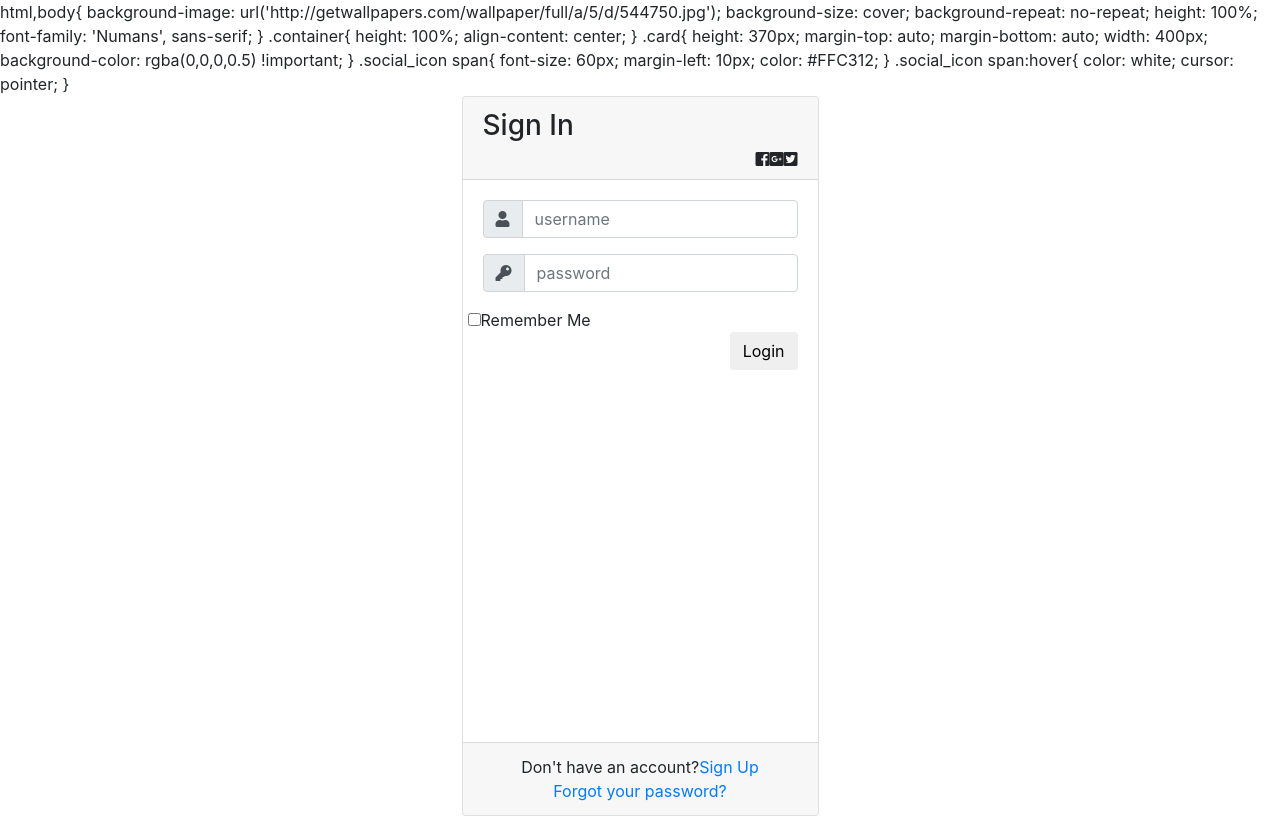
Repository: RamitKundu/1_Project
Page: Quotes/src/main/webapp/WEB-INF/pages/index.html
These files come from the project's save history. The page is drawn as it stood at one moment and after the next save; the edit follows.
The browser window is 1280 px wide. The pictures show the whole page.
Some web libraries are served in a nearby version.

Above is the page before, as saved 2020-08-08 17:54:08.
Console error: TypeError: Cannot read properties of undefined (reading 'fn')
Not found: Quotes/src/main/webapp/WEB-INF/pages/styles.css

### Quotes/src/main/webapp/WEB-INF/pages/index.html
<link href="//maxcdn.bootstrapcdn.com/bootstrap/4.1.1/css/bootstrap.min.css" rel="stylesheet" id="bootstrap-css">
<script src="//maxcdn.bootstrapcdn.com/bootstrap/4.1.1/js/bootstrap.min.js"></script>
<script src="//cdnjs.cloudflare.com/ajax/libs/jquery/3.2.1/jquery.min.js"></script>
<!------ Include the above in your HEAD tag ---------->

<!DOCTYPE html>
<html>
<head>
	<title>Login Page</title>
   <!--Made with love by Mutiullah Samim -->

	<!--Bootsrap 4 CDN-->
	<link rel="stylesheet" href="https://stackpath.bootstrapcdn.com/bootstrap/4.1.3/css/bootstrap.min.css" integrity="sha384-MCw98/SFnGE8fJT3GXwEOngsV7Zt27NXFoaoApmYm81iuXoPkFOJwJ8ERdknLPMO" crossorigin="anonymous">

    <!--Fontawesome CDN-->
	<link rel="stylesheet" href="https://use.fontawesome.com/releases/v5.3.1/css/all.css" integrity="sha384-mzrmE5qonljUremFsqc01SB46JvROS7bZs3IO2EmfFsd15uHvIt+Y8vEf7N7fWAU" crossorigin="anonymous">

	<!--Custom styles-->
	<link rel="stylesheet" type="text/css" href="styles.css">
	html,body{
background-image: url('http://getwallpapers.com/wallpaper/full/a/5/d/544750.jpg');
background-size: cover;
background-repeat: no-repeat;
height: 100%;
font-family: 'Numans', sans-serif;
}

.container{
height: 100%;
align-content: center;
}

.card{
height: 370px;
margin-top: auto;
margin-bottom: auto;
width: 400px;
background-color: rgba(0,0,0,0.5) !important;
}

.social_icon span{
font-size: 60px;
margin-left: 10px;
color: #FFC312;
}

.social_icon span:hover{
color: white;
cursor: pointer;
}

</head>
<body>
<div class="container">
	<div class="d-flex justify-content-center h-100">
		<div class="card">
			<div class="card-header">
				<h3>Sign In</h3>
				<div class="d-flex justify-content-end social_icon">
					<span><i class="fab fa-facebook-square"></i></span>
					<span><i class="fab fa-google-plus-square"></i></span>
					<span><i class="fab fa-twitter-square"></i></span>
				</div>
			</div>
			<div class="card-body">
				<form>
					<div class="input-group form-group">
						<div class="input-group-prepend">
							<span class="input-group-text"><i class="fas fa-user"></i></span>
						</div>
						<input type="text" class="form-control" placeholder="username">

					</div>
					<div class="input-group form-group">
						<div class="input-group-prepend">
							<span class="input-group-text"><i class="fas fa-key"></i></span>
						</div>
						<input type="password" class="form-control" placeholder="password">
					</div>
					<div class="row align-items-center remember">
						<input type="checkbox">Remember Me
					</div>
					<div class="form-group">
						<input type="submit" value="Login" class="btn float-right login_btn">
					</div>
				</form>
			</div>
			<div class="card-footer">
				<div class="d-flex justify-content-center links">
					Don't have an account?<a href="#">Sign Up</a>
				</div>
				<div class="d-flex justify-content-center">
					<a href="#">Forgot your password?</a>
				</div>
			</div>
		</div>
	</div>
</div>
</body>
</html>

After the next save:
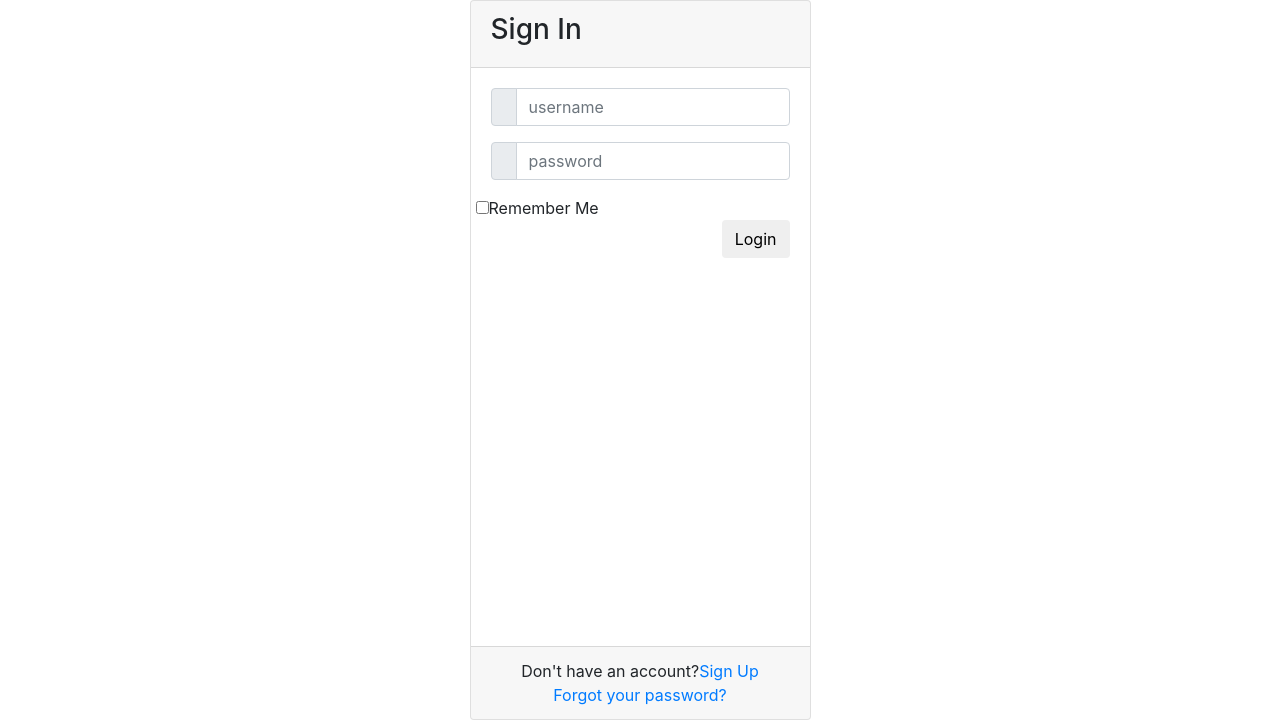
Saved 42 s later.
--- a/Quotes/src/main/webapp/WEB-INF/pages/index.html
+++ b/Quotes/src/main/webapp/WEB-INF/pages/index.html
@@ -6,6 +6,7 @@
 <!DOCTYPE html>
 <html>
 <head>
+<style>
 	<title>Login Page</title>
    <!--Made with love by Mutiullah Samim -->
 
@@ -17,38 +18,7 @@
 
 	<!--Custom styles-->
 	<link rel="stylesheet" type="text/css" href="styles.css">
-	html,body{
-background-image: url('http://getwallpapers.com/wallpaper/full/a/5/d/544750.jpg');
-background-size: cover;
-background-repeat: no-repeat;
-height: 100%;
-font-family: 'Numans', sans-serif;
-}
-
-.container{
-height: 100%;
-align-content: center;
-}
-
-.card{
-height: 370px;
-margin-top: auto;
-margin-bottom: auto;
-width: 400px;
-background-color: rgba(0,0,0,0.5) !important;
-}
-
-.social_icon span{
-font-size: 60px;
-margin-left: 10px;
-color: #FFC312;
-}
-
-.social_icon span:hover{
-color: white;
-cursor: pointer;
-}
-
+	</style>
 </head>
 <body>
 <div class="container">
